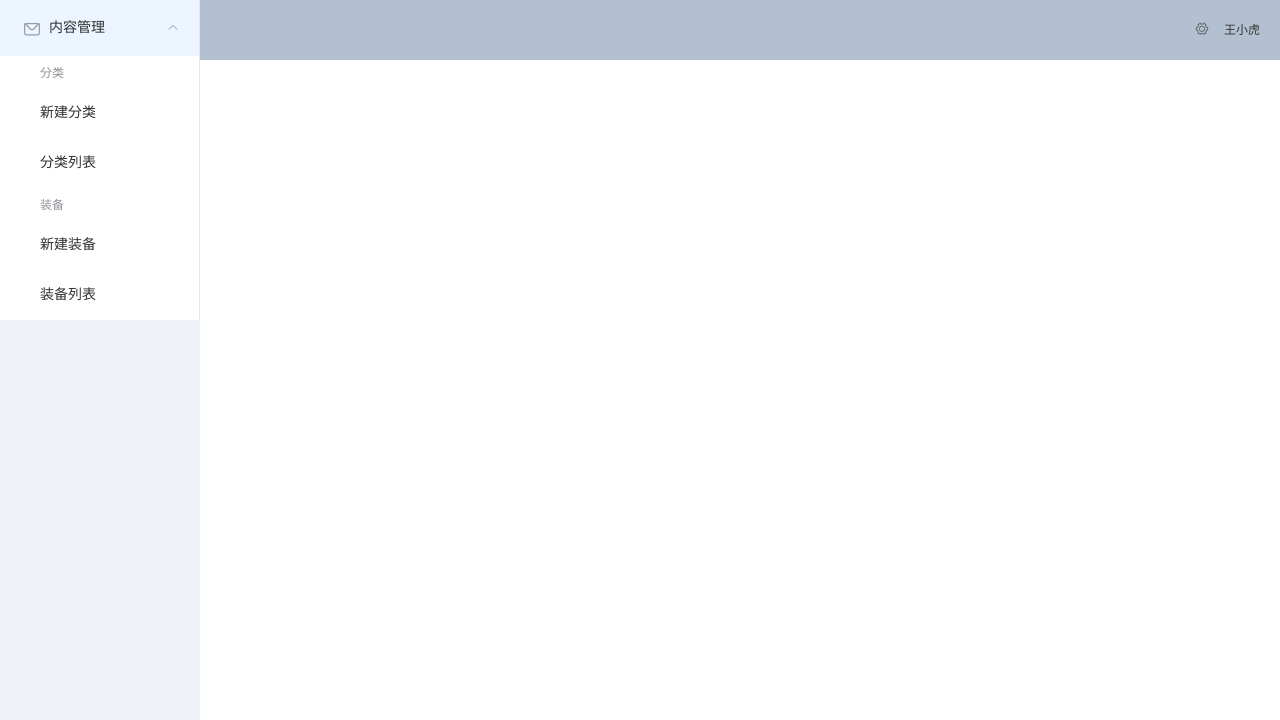
Repository: fish-zmy/wangzherongyao
Page: / (app in admin/)
The author's editor kept a copy of each file at every save. The page is drawn from the files as they stood at one save, then again after the next save.
The browser window is 1280 px wide. The pictures show the whole page.
The project was rebuilt for these pictures with package versions that can differ from the ones it lists, and the page was loaded fresh each time. Also part of the build but not shown: admin/vue.config.js, admin/src/views/CategoryEdit.vue, admin/src/views/CategoryList.vue, admin/src/views/ItemEdit.vue, admin/src/views/ItemList.vue. Imported but missing from the stored project, and not drawn on this page: admin/src/views/Home.vue.

Above is the page before, as saved 2020-06-17 22:01:08.

### admin/src/main.js
import Vue from 'vue'
import App from './App.vue'
import router from './router'
import './plugins/element.js'

Vue.config.productionTip = false

import http from './http'
Vue.prototype.$http = http

new Vue({
  router,
  render: h => h(App)
}).$mount('#app')

### admin/src/App.vue
<template>
  <div id="app">

    <router-view/>
  </div>
</template>

<style>
html,body{
  margin:0;
  padding:0;
}
</style>

### admin/src/router/index.js
import Vue from 'vue'
import VueRouter from 'vue-router'
import Home from '../views/Home.vue'
import Main from '../views/Main.vue'
import CategoryEdit from '../views/CategoryEdit.vue'
import CategoryList from '../views/CategoryList.vue'
import ItemEdit from '../views/ItemEdit.vue'
import ItemList from '../views/ItemList.vue'

Vue.use(VueRouter)
// 解决ElementUI导航栏中的vue-router在3.0版本以上重复点菜单报错问题
const originalPush = VueRouter.prototype.push
VueRouter.prototype.push = function push(location) {
  return originalPush.call(this, location).catch(err => err)
}

const routes = [
  {
    path: '/',
    name: 'main',
    component: Main,
    children: [
      {
        path: '/categories/create',
        component: CategoryEdit
      }, {
        path: '/categories/list',
        component: CategoryList
      }, {
        path: '/categories/edit/:id',
        component: CategoryEdit, props: true
      },
      {
        path: '/items/create',
        component: ItemEdit
      }, {
        path: '/items/list',
        component: ItemList
      }, {
        path: '/items/edit/:id',
        component: ItemEdit, props: true
      }

    ]
  },

]


const router = new VueRouter({
  routes
})

export default router

### admin/src/http.js
import axios from 'axios'

const http =axios.create({
    baseURL:'http://localhost:3000/admin/api'
})

export default  http

### admin/src/views/Main.vue
<template>
  <el-container style="height: 100vh">
    <el-aside width="200px" style="background-color: rgb(238, 241, 246)">
      <el-menu router :default-openeds="['1']">
        <el-submenu index="1">
          <template slot="title">
            <i class="el-icon-message"></i>内容管理
          </template>
          <el-menu-item-group>
            <template slot="title">分类</template>
            <el-menu-item index="/categories/create">新建分类</el-menu-item>
            <el-menu-item index="/categories/list">分类列表</el-menu-item>
          </el-menu-item-group>
          <el-menu-item-group>
            <template slot="title">装备</template>
            <el-menu-item index="/items/create">新建装备</el-menu-item>
            <el-menu-item index="/items/list">装备列表</el-menu-item>
          </el-menu-item-group>
        </el-submenu>
      </el-menu>
    </el-aside>

    <el-container>
      <el-header style="text-align: right; font-size: 12px">
        <el-dropdown>
          <i class="el-icon-setting" style="margin-right: 15px"></i>
          <el-dropdown-menu slot="dropdown">
            <el-dropdown-item>查看</el-dropdown-item>
            <el-dropdown-item>新增</el-dropdown-item>
            <el-dropdown-item>删除</el-dropdown-item>
          </el-dropdown-menu>
        </el-dropdown>
        <span>王小虎</span>
      </el-header>

      <el-main>
        <router-view></router-view>
      </el-main>
    </el-container>
  </el-container>
</template>


<style>
.el-header {
  background-color: #b3c0d1;
  color: #333;
  line-height: 60px;
}

.el-aside {
  color: #333;
}
</style>

<script>
export default {
  data() {
    const item = {
      date: "2016-05-02",
      name: "王小虎",
      address: "上海市普陀区金沙江路 1518 弄"
    };
    return {
      tableData: Array(20).fill(item)
    };
  }
};
</script>

Loaded but not shown: admin/public/index.html (common file); admin/src/plugins/element.js (common file)

After the next save:
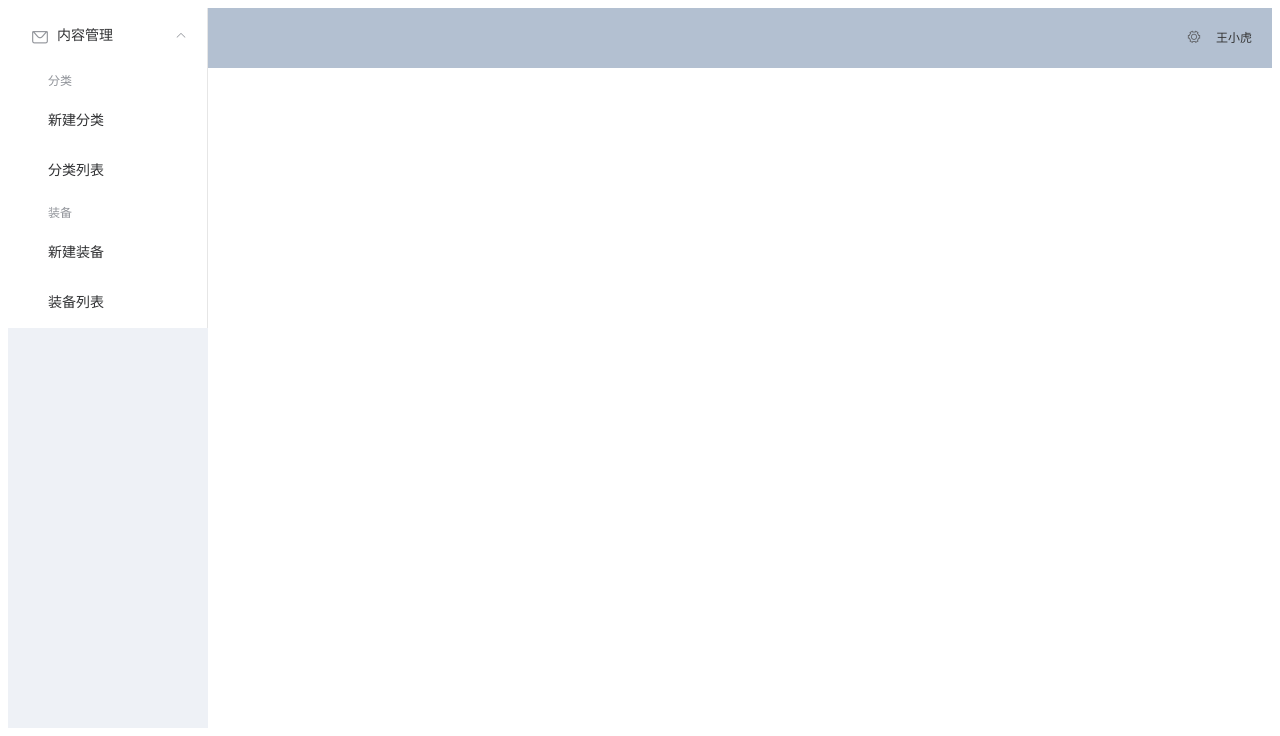
Saved 15 s later.
--- a/admin/src/App.vue
+++ b/admin/src/App.vue
@@ -5,7 +5,7 @@
   </div>
 </template>
 
-<style>
+<style scoped>
 html,body{
   margin:0;
   padding:0;
